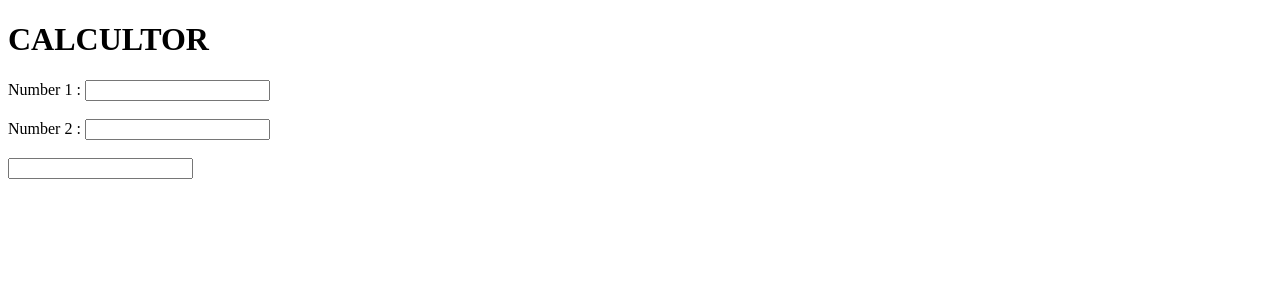
Repository: VIJAYkollu-7568/rakhi
Page: jsp/src/main/webapp/calculator.html
The author's editor kept a copy of each file at every save. The page is drawn from the files as they stood at one save, then again after the next save.
The browser window is 1280 px wide. The pictures show the whole page.

Above is the page before, as saved 2024-11-07 09:45:56.

### jsp/src/main/webapp/calculator.html
<!DOCTYPE html>
<html>
<head>
<meta charset="UTF-8">
<title>Insert title here</title>
</head>
<body>
<h1>CALCULTOR</h1>

Number 1 : <input type="text" name="num1">
<br>
<br>
Number 2 : <input type="text" name="num2">
<br>
<br>
<input type="submit>"







</body>
</html>

After the next save:
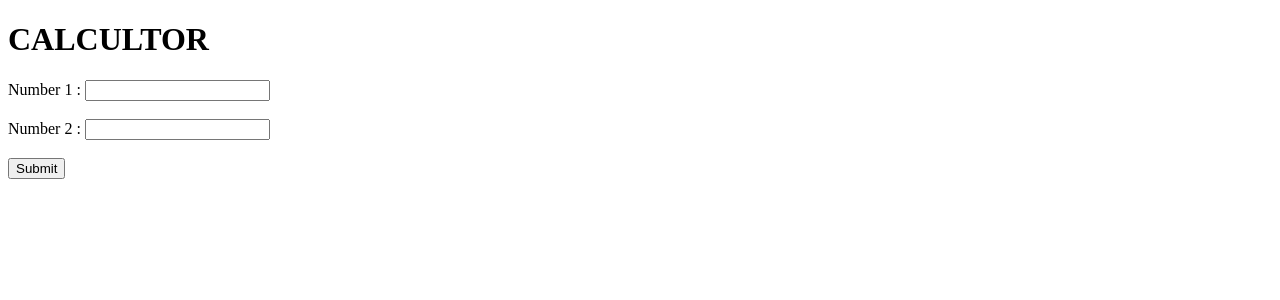
Saved 5 s later.
--- a/jsp/src/main/webapp/calculator.html
+++ b/jsp/src/main/webapp/calculator.html
@@ -13,7 +13,7 @@ Number 1 : <input type="text" name="num1">
 Number 2 : <input type="text" name="num2">
 <br>
 <br>
-<input type="submit>"
+<input type="submit">
 
 
 
